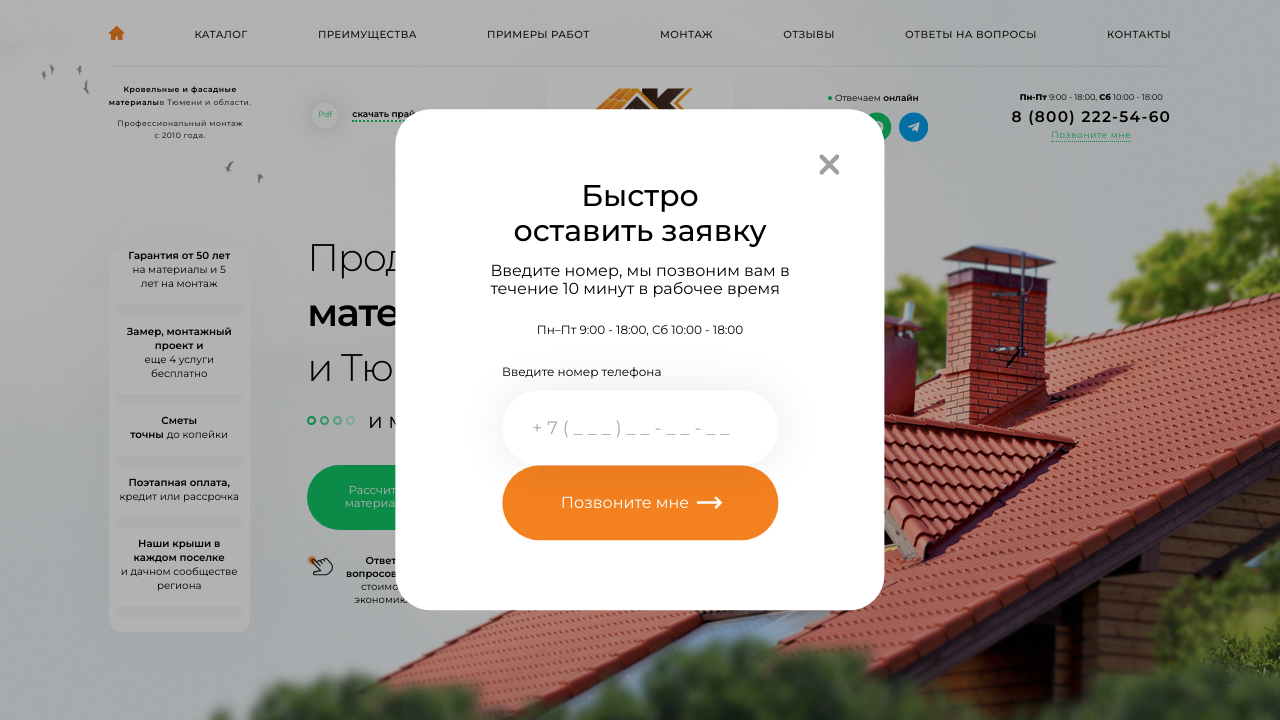
Repository: dima-hacker0/test_task_deyneka
Page: /
The author's editor kept a copy of each file at every save. The page is drawn from the files as they stood at one save, then again after the next save.
The browser window is 1280 px wide. The pictures show the whole page.
The project was rebuilt for these pictures with package versions that can differ from the ones it lists, and the page was loaded fresh each time.

Above is the page before, as saved 2022-06-23 02:34:55.

### public/index.html
<!DOCTYPE html>
<html lang="en">
  <head>
    <meta charset="utf-8" />
    <link rel="preconnect" href="https://fonts.googleapis.com" />
    <link rel="preconnect" href="https://fonts.gstatic.com" crossorigin />
    <link
      href="https://fonts.googleapis.com/css2?family=Montserrat:ital,wght@0,100;0,200;0,300;0,400;0,500;0,600;0,700;0,800;0,900;1,100;1,200;1,300;1,400;1,500;1,600;1,700;1,800;1,900&display=swap"
      rel="stylesheet"
    />
    <link rel="icon" href="%PUBLIC_URL%/favicon.ico" />
    <meta name="viewport" content="width=device-width, initial-scale=1" />
    <meta name="theme-color" content="#000000" />
    <meta
      name="description"
      content="Web site created using create-react-app"
    />
    <link rel="apple-touch-icon" href="%PUBLIC_URL%/logo192.png" />
    <!--
      manifest.json provides metadata used when your web app is installed on a
      user's mobile device or desktop. See https://developers.google.com/web/fundamentals/web-app-manifest/
    -->
    <link rel="manifest" href="%PUBLIC_URL%/manifest.json" />
    <!--
      Notice the use of %PUBLIC_URL% in the tags above.
      It will be replaced with the URL of the `public` folder during the build.
      Only files inside the `public` folder can be referenced from the HTML.

      Unlike "/favicon.ico" or "favicon.ico", "%PUBLIC_URL%/favicon.ico" will
      work correctly both with client-side routing and a non-root public URL.
      Learn how to configure a non-root public URL by running `npm run build`.
    -->
    <title>React App</title>
  </head>
  <body>
    <noscript>You need to enable JavaScript to run this app.</noscript>
    <div id="root"></div>
    <!--
      This HTML file is a template.
      If you open it directly in the browser, you will see an empty page.

      You can add webfonts, meta tags, or analytics to this file.
      The build step will place the bundled scripts into the <body> tag.

      To begin the development, run `npm start` or `yarn start`.
      To create a production bundle, use `npm run build` or `yarn build`.
    -->
  </body>
</html>

### src/App.jsx
import "./App.css";
import Header from "./components/header/header";
import MainPage from "./components/main_page/main_page";
import Popap from "./components/popap/popap";

function App() {
  return (
    <div className="App">
      <Header />
      <MainPage />
      <Popap />
    </div>
  );
}

export default App;

### src/App.css
body {
  background-image: url(./images/BG.png);
  background-size: 100vw;
  background-repeat: no-repeat;
  min-height: 100vh;
}

### src/components/header/header.jsx
import Svg from "../../svg/svg";
import classes from "./header.module.css";

const Header = () => {
  return (
    <header className={classes.header}>
      <div className={classes.container}>
        <nav className={classes.navigation}>
          <a href="/">
            <Svg id="house" styles={classes.svg} />
          </a>
          <a href="/" className={classes.linkPage}>
            каталог
          </a>
          <a href="/" className={classes.linkPage}>
            преимущества
          </a>
          <a href="/" className={classes.linkPage}>
            примеры работ
          </a>
          <a href="/" className={classes.linkPage}>
            монтаж
          </a>
          <a href="/" className={classes.linkPage}>
            отзывы
          </a>
          <a href="/" className={classes.linkPage}>
            ответы на вопросы
          </a>
          <a href="/" className={classes.linkPage}>
            контакты
          </a>
        </nav>
      </div>
    </header>
  );
};

export default Header;

### src/components/main_page/main_page.jsx
import CentralBlock from "./central_block/central_block";
import CompanyAdvantages from "./company_advantages/company_advantages";
import classes from "./main_page.module.css";
import TopPanel from "./top_panel/top_panel";

const MainPage = () => {
  return (
    <section className={classes.mainPage}>
      <div className={classes.container}>
        <TopPanel />
        <div className={classes.advantagesAndMain}>
          <CompanyAdvantages />
          <CentralBlock />
        </div>
      </div>
    </section>
  );
};

export default MainPage;

### src/components/popap/popap.jsx
import Svg from "../../svg/svg";
import classes from "./popap.module.css";
import InputMask from "react-input-mask";

const Popap = () => {
  return (
    <div className={classes.background}>
      <div className={classes.popap}>
        <div className={classes.container}>
          <p className={classes.submitApplicationText}>
            Быстро
            <br /> оставить заявку
          </p>
          <p className={classes.enterNumber}>
            Введите номер, мы позвоним вам в<br /> течение 10 минут в рабочее
            время
          </p>
          <p className={classes.workingHours}>
            Пн–Пт 9:00 - 18:00, Сб 10:00 - 18:00
          </p>
          <form>
            <div className={classes.inputBlock}>
              <p className={classes.enterNumberInput}>Введите номер телефона</p>
              <InputMask
                className={classes.input}
                alwaysShowMask="true"
                mask="+7(999)99-99-99"
              />
            </div>
            <button className={classes.buttonCallMe}>
              <p className={classes.buttonCallMe__text}>Позвоните мне</p>
              <Svg id="arrow" styles={classes.arrow}></Svg>
            </button>
          </form>
        </div>
        <Svg styles={classes.cross} id="cross" />
      </div>
    </div>
  );
};

export default Popap;

### src/components/header/header.module.css
.linkPage {
  text-transform: uppercase;
  font-weight: 500;
  color: #1c1c1c;
  font-size: 0.8vw;
  letter-spacing: 0.03vw;
  transition: 0.4s;
}
.navigation {
  display: flex;
  justify-content: space-between;
  align-items: center;
  padding-top: 2vw;
  padding-bottom: 1.7vw;
}
.container {
  max-width: 83vw;
  margin: 0 auto;
  border-bottom: 1px solid rgba(0, 0, 0, 0.07);
}
.svg {
  width: 1.2vw;
}
.linkPage:after {
  display: block;
  content: "";
  height: 1px;
  width: 0%;
  background-color: #f38120;
  transition: width 0.4s ease-in-out;
}
.linkPage:hover:after,
.linkPage:focus:after {
  width: 100%;
}
.linkPage:hover {
  color: #f38120;
}

### src/components/main_page/central_block/central_block.jsx
import Svg from "../../../svg/svg";
import classes from "./central_block.module.css";

const CentralBlock = () => {
  return (
    <div className={classes.centralBlock}>
      <h1 className={classes.mainTitle}>
        Продажа{" "}
        <span className={classes.highlightText}>
          кровельных
          <br /> материалов{" "}
        </span>
        в Тюмени
        <br /> и Тюменской области
      </h1>
      <div className={classes.turnkeyInstallation}>
        <ul className={classes.circles}>
          <li className={classes.circles__item}></li>
          <li className={classes.circles__item}></li>
          <li className={classes.circles__item}></li>
          <li className={classes.circles__item}></li>
        </ul>
        <span className={classes.turnkeyInstallation__text}>
          и монтаж под ключ
        </span>
      </div>
      <div className={classes.buttons}>
        <button className={classes.buttons__item}>
          <div className={classes.buttonContent}>
            <span className={classes.buttonText}>
              Рассчитать стоимость
              <br /> материалов и монтажа
            </span>
            <Svg id="arrow" styles={classes.arrow} />
          </div>
        </button>
        <button className={classes.buttons__item}>
          <div className={classes.buttonContent}>
            <span className={classes.buttonText}>
              записаться на
              <br /> просмотр объектов
            </span>
            <Svg styles={classes.arrow} id="arrow" />
          </div>
        </button>
      </div>
      <div className={classes.answerSomeQuestions}>
        <Svg id="click" styles={classes.logoClick} />
        <p className={classes.answerSomeQuestions__text}>
          <span className={classes.answerSomeQuestionsBoldText}>
            {" "}
            Ответьте на несколько <br /> вопросов и получите
          </span>{" "}
          сметную <br /> стоимость и 3 подарка за <br /> экономию нашего времени
        </p>
      </div>
    </div>
  );
};

export default CentralBlock;

### src/components/main_page/company_advantages/company_advantages.jsx
import classes from "./company_advantages.module.css";

const CompanyAdvantages = () => {
  return (
    <div className={classes.companyAdvantages}>
      <p className={classes.item}>
        <span className={classes.highlightedItems}>
          Гарантия от 50 лет <br />
        </span>
        на материалы и 5 <br />
        лет на монтаж
      </p>
      <p className={classes.item}>
        <span className={classes.highlightedItems}>
          Замер, монтажный
          <br /> проект и
          <br />
        </span>
        еще 4 услуги
        <br /> бесплатно
      </p>
      <p className={classes.item}>
        <span className={classes.highlightedItems}>
          Сметы
          <br /> точны{" "}
        </span>
        до копейки
      </p>
      <p className={classes.item}>
        <span className={classes.highlightedItems}>
          Поэтапная оплата,
          <br />
        </span>{" "}
        кредит или рассрочка
      </p>
      <p className={classes.item}>
        <span className={classes.highlightedItems}>
          Наши крыши в<br /> каждом поселке
          <br />
        </span>{" "}
        и дачном сообществе
        <br /> региона
      </p>
    </div>
  );
};

export default CompanyAdvantages;

### src/components/main_page/main_page.module.css
.container {
  max-width: 83vw;
  margin: 0 auto;
}
.advantagesAndMain {
  display: flex;
  padding-top: 8vw;
}
.mainPage {
  padding-bottom: 3vw;
}

### src/components/main_page/top_panel/top_panel.jsx
import DownloadCatalog from "./download_catalog/download_catalog";
import Materials from "./materials/materials";
import classes from "./top_panel.module.css";
import Logo from "./logo/logo";
import Answer from "./answer_online/answer";
import CallMe from "./block_call_me/call_me";

const TopPanel = () => {
  return (
    <div className={classes.items}>
      <div className={classes.leftSide}>
        <Materials />
        <DownloadCatalog />
      </div>
      <Logo />
      <div className={classes.rightSide}>
        <Answer />
        <CallMe />
      </div>
    </div>
  );
};

export default TopPanel;

### src/components/popap/popap.module.css
.background {
  width: 100vw;
  height: 100vh;
  background-color: rgba(0, 0, 0, 0.3);
  position: fixed;
  left: 0;
  top: 0;
}
.container {
  padding: 70px 95px;
  display: flex;
  flex-direction: column;
  align-items: center;
}
.popap {
  position: absolute;
  left: 50%;
  top: 50%;
  background-color: white;
  transform: translate(-50%, -50%);
  border-radius: 35px;
}
.submitApplicationText {
  text-align: center;
  font-size: 30px;
  font-weight: 500;
}
.enterNumber {
  font-size: 16px;
  margin-top: 14px;
}
.cross {
  width: 20px;
  position: absolute;
  top: 45px;
  right: 45px;
  cursor: pointer;
}
.workingHours {
  font-weight: 400;
  font-size: 12px;
  margin-top: 24px;
}
.input {
  color: #a7a7a7;
  font-size: 18px;
  letter-spacing: 5px;
  max-width: 356px;
  width: 100%;
  height: 75px;
  padding: 0 30px;
  border-radius: 100vw;
  box-shadow: 0px 0px 50px rgba(0, 0, 0, 9%);
  margin-top: 12px;
  box-sizing: border-box;
}
.enterNumberInput {
  font-size: 12px;
}
.inputBlock {
  margin-top: 28px;
}
.buttonCallMe {
  background-color: #f38120;
  color: white;
  display: flex;
  max-width: 356px;
  width: 100%;
  height: 75px;
  border-radius: 100vw;
  justify-content: center;
  align-items: center;
  cursor: pointer;
}
.buttonCallMe:hover {
  box-shadow: 0px 0px 50px rgba(0, 0, 0, 19%);
}

.arrow {
  width: 20px;
  transform: rotate(45deg);
  margin-left: 10px;
}

### src/components/main_page/central_block/central_block.module.css
.centralBlock {
  margin-left: 4.5vw;
}
.mainTitle {
  font-weight: 300;
  font-size: 3vw;
  letter-spacing: -0.1vw;
  line-height: 4.3vw;
  margin-top: -1.5vw;
}
.highlightText {
  font-weight: 600;
}
.turnkeyInstallation {
  display: flex;
  align-items: center;
  margin-top: 1vw;
}
.circles {
  display: flex;
  column-gap: 0.3vw;
  margin-right: 1vw;
}
.circles__item {
  width: 0.4vw;
  height: 0.4vw;
  border-radius: 50%;
  border: 2px solid #12c868;
  display: flex;
  align-items: center;
}
.buttons {
  display: flex;
  width: 37.7vw;
  justify-content: space-between;
  margin-top: 2.5vw;
}
.buttons__item {
  border: 0;
  height: 5.1vw;
  border-radius: 100vw;
  display: flex;
  align-items: center;
  justify-content: center;
  cursor: pointer;
}
.buttons__item:hover .buttonContent {
  width: 65%;
}
.buttonContent {
  display: flex;
  justify-content: space-between;
  align-items: center;
  transition: 0.3s;
  width: 70%;
}
.turnkeyInstallation__text {
  font-size: 1.68vw;
}
.buttonText {
  color: white;
  font-size: 0.9vw;
}
.arrow {
  width: 1vw;
}
.logoClick {
  width: 1vw;
}
.answerSomeQuestions {
  margin-top: 2vw;
  display: flex;
}
.answerSomeQuestionsBoldText {
  font-weight: 600;
}
.answerSomeQuestions__text {
  margin-left: 1vw;
  font-size: 0.78vw;
  line-height: 1vw;
  text-align: center;
}
.buttons__item:first-child {
  background-color: #12c868;
  width: 19.5vw;
}
.buttons__item:nth-child(2) {
  background-color: #f38120;
  width: 17.2vw;
}
.circles__item:nth-child(2) {
  opacity: 0.75;
}
.circles__item:nth-child(3) {
  opacity: 0.5;
}
.circles__item:nth-child(4) {
  opacity: 0.25;
}

### src/components/main_page/company_advantages/company_advantages.module.css
.companyAdvantages {
  background-color: #fff;
  display: flex;
  flex-direction: column;
  line-height: 1.1vw;
  row-gap: 1.6vw;
  box-shadow: 0px 0px 75px rgba(0, 0, 0, 0.03);
  width: 11vw;
  padding-bottom: 2vw;
  border-radius: 1vw;
}
.item {
  font-size: 0.8vw;
  text-align: center;
  /* position: relative; */
  padding-bottom: 1vw;
  box-shadow: 0px 19px 7px -7px rgba(0, 0, 0, 0.03);
}
/* .item::before {
  content: "";
  width: 100%;
  height: 3px;
  background-color: black;
  position: absolute;
  left: 0;
} */
.highlightedItems {
  font-weight: 600;
}

### src/components/main_page/top_panel/download_catalog/download_catalog.jsx
import classes from "./download_catalog.module.css";

const DownloadCatalog = () => {
  return (
    <div className={classes.block}>
      <div className={classes.circlePdf}>Pdf</div>
      <p className={classes.downloadСatalog}>скачать прайс-каталог</p>
    </div>
  );
};

export default DownloadCatalog;

### src/components/main_page/top_panel/materials/materials.jsx
import classes from "./materials.module.css";

const Materials = () => {
  return (
    <div className={classes.item}>
      <p className={classes.text}>
        <span className={classes.textMaterials}>
          Кровельные и фасадные <br /> материалы
        </span>
        в Тюмени и области.
      </p>
      <p className={classes.text}>
        Профессиональный монтаж <br /> с 2010 года.
      </p>
    </div>
  );
};

export default Materials;

### src/components/main_page/top_panel/top_panel.module.css
.items {
  position: relative;
  display: flex;
  justify-content: space-between;
}
.leftSide {
  display: flex;
  justify-content: space-between;
  padding-top: 1.3vw;
  width: 27.5vw;
}
.rightSide {
  display: flex;
  justify-content: space-between;
  padding-top: 2vw;
  width: 27vw;
}

### src/components/main_page/top_panel/logo/logo.jsx
import classes from "./logo.module.css";
import Svg from "../../../../svg/svg";
import logo from "../../../../images/logo.png";

const Logo = () => {
  return (
    <div className={classes.block}>
      <div className={classes.blockLogo}>
        <Svg id="form" styles={classes.form} />
        <img className={classes.logo} src={logo} alt="logo" />
      </div>
    </div>
  );
};

export default Logo;

### src/components/main_page/top_panel/answer_online/answer.jsx
import Svg from "../../../../svg/svg";
import classes from "./answer.module.css";

const Answer = () => {
  return (
    <div className={classes.answerOnline}>
      <p className={classes.answerText}>
        Отвечаем <span style={{ fontWeight: 600 }}>онлайн</span>
      </p>
      <div className={classes.socialMedia}>
        <a className={classes.socialMedia__item} target="_blank" href="/">
          <Svg id="viber" styles={classes.icon} />
        </a>
        <a className={classes.socialMedia__item} target="_blank" href="/">
          <Svg id="whatsup" styles={classes.icon} />
        </a>
        <a className={classes.socialMedia__item} target="_blank" href="/">
          <Svg id="telegram" styles={classes.icon} />
        </a>
      </div>
    </div>
  );
};

export default Answer;

### src/components/main_page/top_panel/block_call_me/call_me.jsx
import classes from "./call_me.module.css";

const CallMe = () => {
  return (
    <div className={classes.callMeBlock}>
      <p className={classes.workingHours}>
        <span style={{ fontWeight: 800 }}>Пн-Пт</span> 9:00 - 18:00,{" "}
        <span style={{ fontWeight: 800 }}>Сб</span> 10:00 - 18:00
      </p>
      <p className={classes.number}>8 (800) 222-54-60</p>
      <span className={classes.callMeText}>Позвоните мне</span>
    </div>
  );
};

export default CallMe;

### src/components/main_page/top_panel/download_catalog/download_catalog.module.css
.circlePdf {
  color: #12c868;
  font-size: 0.6vw;
  width: 2vw;
  height: 2vw;
  justify-content: center;
  align-items: center;
  display: flex;
  box-shadow: 0px 0px 25px rgb(0 0 0 / 18%);
  border-radius: 50%;
}
.downloadСatalog {
  font-size: 0.7vw;
  font-weight: 600;
  border-bottom: 2px dotted #12c868;
}
.block {
  display: flex;
  align-items: center;
  justify-content: space-between;
  width: 11.6vw;
  cursor: pointer;
}

### src/components/main_page/top_panel/materials/materials.module.css
.textMaterials {
  font-weight: 600;
}
.text {
  font-size: 0.6vw;
  letter-spacing: 0.04vw;
  text-align: center;
  line-height: 1vw;
}
.item .text:first-child {
  margin-bottom: 8px;
}

### src/components/main_page/top_panel/logo/logo.module.css
.form {
  width: 20vw;
  -webkit-filter: drop-shadow(0px 25px 50px rgba(0, 0, 0, 0.03));
  filter: drop-shadow(0px 25px 50px rgba(0, 0, 0, 0.03));
}
.logo {
  position: absolute;
  width: 10vw;
  left: 50%;
  top: 37%;
  transform: translate(-50%, -50%);
}
.blockLogo {
  position: relative;
}
.block {
  position: absolute;
  left: 50%;
  top: -1.3vw;
  transform: translateX(-50%);
}

### src/components/main_page/top_panel/answer_online/answer.module.css
.answerText {
  font-size: 0.7vw;
  position: relative;
  text-align: center;
  margin-bottom: 0.7vw;
}
.answerText::before {
  content: "";
  width: 0.3vw;
  position: absolute;
  height: 0.3vw;
  background-color: #12c868;
  top: 50%;
  transform: translateY(-50%);
  border-radius: 50%;
  left: 0.2vw;
}
.icon {
  width: 2.3vw;
  transition: 0.2s;
}
.socialMedia {
  display: flex;
  justify-content: space-between;
  width: 8vw;
}
.icon:hover {
  width: 2vw;
}

### src/components/main_page/top_panel/block_call_me/call_me.module.css
.workingHours {
  font-size: 0.65vw;
  margin-bottom: 0.4vw;
}
.number {
  font-size: 1.2vw;
  font-weight: 600;
  letter-spacing: 0.1vw;
  margin-bottom: 0.4vw;
}
.callMeText {
  font-size: 0.7vw;
  letter-spacing: 0.05vw;
  color: #12c868;
  border-bottom: 0.15vw dotted #12c868;
}
.callMeBlock {
  display: flex;
  flex-direction: column;
  align-items: center;
}

Loaded but not shown: src/index.js (common file); src/svg/svg.jsx (198 lines, source omitted); src/index.css (359 lines, source omitted)

After the next save:
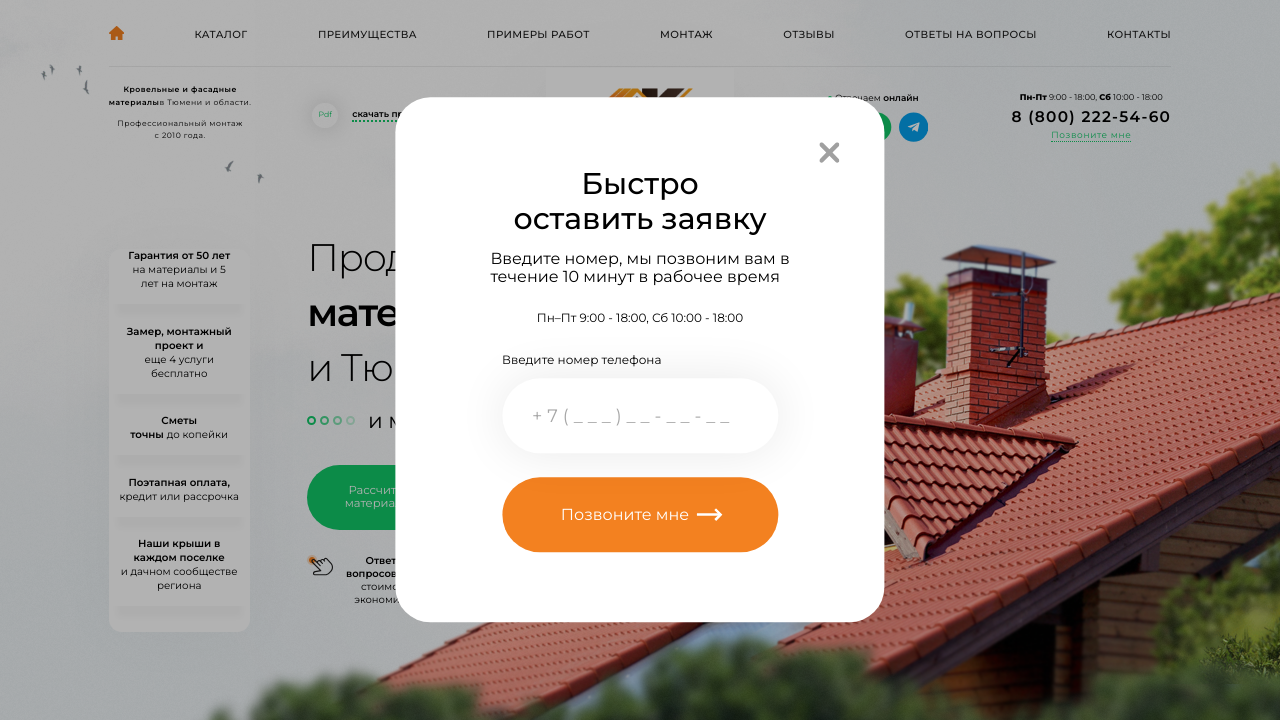
Saved 20 s later.
--- a/src/components/popap/popap.module.css
+++ b/src/components/popap/popap.module.css
@@ -71,6 +71,7 @@
   justify-content: center;
   align-items: center;
   cursor: pointer;
+  margin-top: 24px;
 }
 .buttonCallMe:hover {
   box-shadow: 0px 0px 50px rgba(0, 0, 0, 19%);
